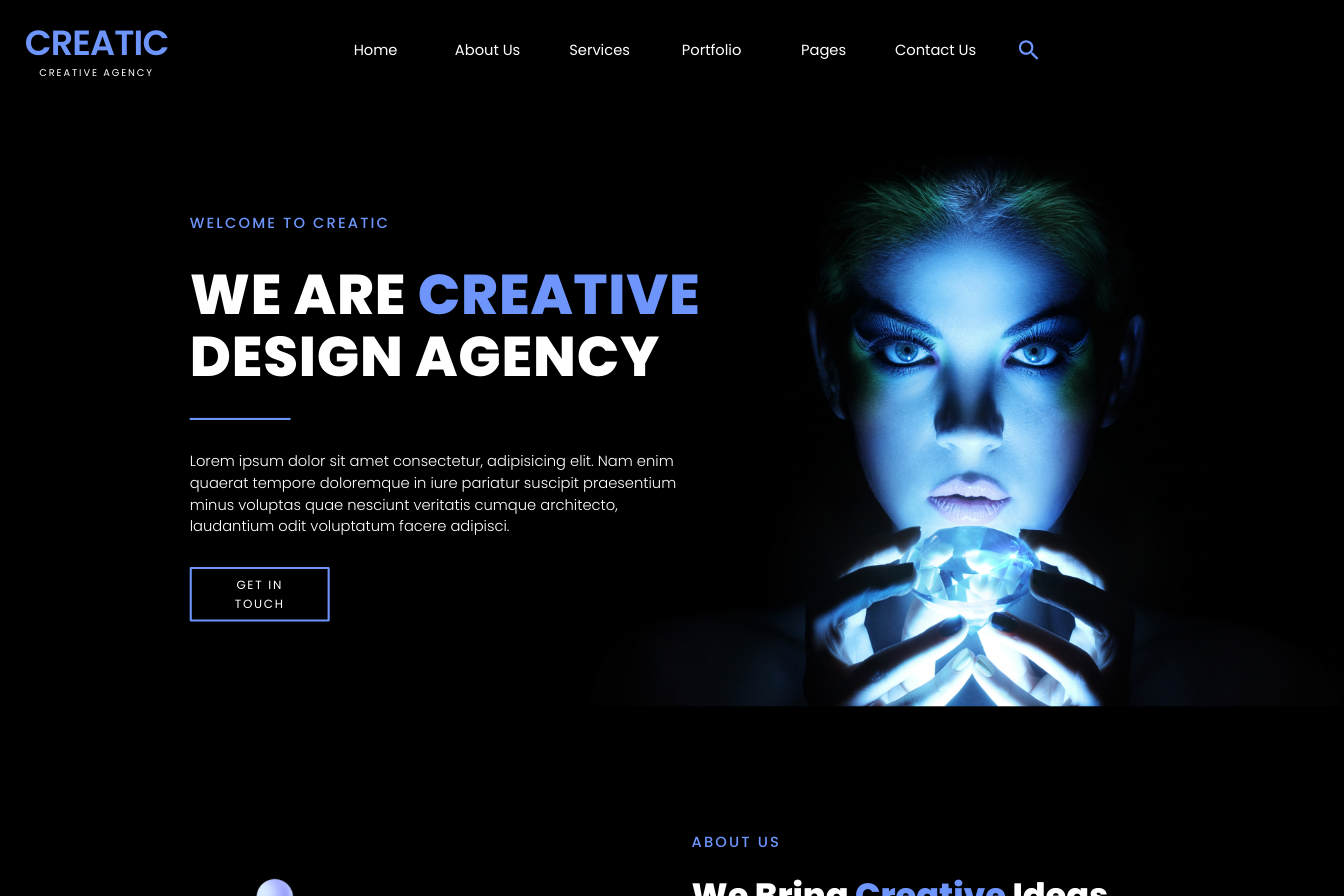
Repository: nhathao-1506/PersonalWeb
Page: ex2.html
An editor plug-in stored every save of this project. The page is shown before and after the next save, followed by the edit.
The browser window is 1280 px wide. The page is 1920 px wide, so the pictures cover 1920 px, including what lies to the right of the window. The pictures show the part of the page from y = 0 to 1280 px (the page is 1993 px tall), at 70% of full size.

Above is the page before, as saved 2024-02-04 12:41:34.

After the next save:
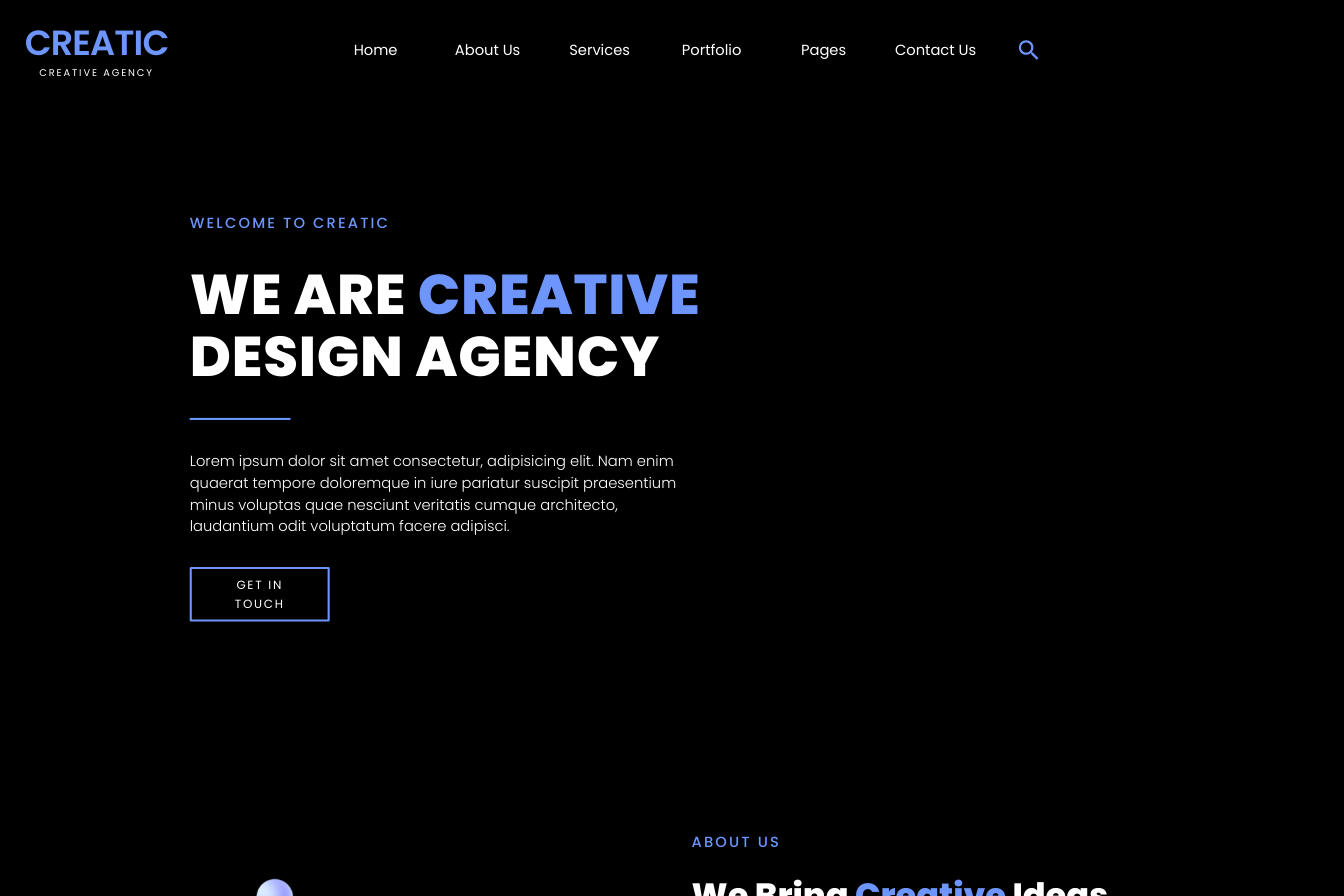
Saved 37 s later.
--- a/assets/css/ex2.css
+++ b/assets/css/ex2.css
@@ -91,7 +91,7 @@ body {
     height: 892px;
     flex-shrink: 0;
     display: flex;
-    background-image: url(/lap6/assets/img/beautiful-woman-with-big-jewel\ 1.png);
+    background-image: url(/);
     background-repeat: no-repeat;
     background-position: 761px 105px;
 }
